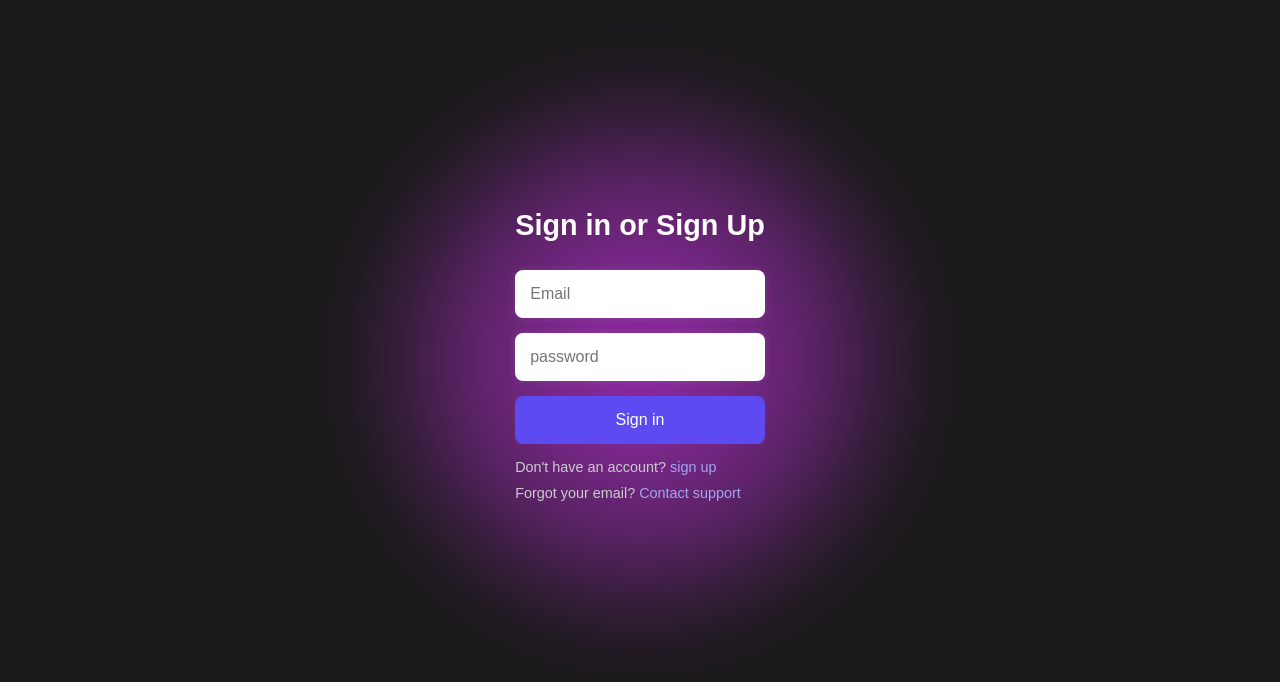
Repository: cmd-keyu/mobileppsh
Page: pages/login.html
These files come from the project's save history. The page is drawn as it stood at one moment and after the next save; the edit follows.
The browser window is 1280 px wide. The pictures show the whole page.

Above is the page before, as saved 2024-11-11 21:01:32.

### pages/login.html
<!DOCTYPE html>
<html lang="en">
<head>
  <meta charset="UTF-8">
  <meta name="viewport" content="width=device-width, initial-scale=1.0">
  <title>Sign In Form</title>
  <link rel="stylesheet" href="../css/login.css">
  <script src="../javascript/login.js" defer></script>
</head>
<body>
  <div class="container">
    <div class="glow-box">
      <h2 style="color: white;">Sign in or Sign Up</h2>
      <br>
      <!-- <p>All that is required is only your email for sign-up or sign-in!!</p> -->
      <form action="account.html">
        <div class="sign-up">
            <input type="text" placeholder="name" class="disabled-btn">
            <br>
            <br>
            <input type="text" placeholder="address (Optional)">
            <br>
            </div>
        <input type="email" placeholder="Email" required>
        <input type="password" placeholder="password" required>
        <button type="submit" class="sign-in-btn-hide">Sign in</button>
        <button type="submit" class="sign-up-btn-hide">Sign up</button>
      </form>
      <div class="support">
        <p class="sign-up-text-hide">Don't have an account? <label for="sign-up-btn" class="colorsnup">sign up</label><button class="sign-up-btn hide-btn2" id="sign-up-btn">sign up</button></p>
        <p class="sign-in-text-hide">Already have an account? <label for="sign-in-btn" class="colorsnup">sign in</label><button class="sign-in-btn hide-btn2" id="sign-in-btn">sign in</button></p>
        <p>Forgot your email? <a href="#">Contact support</a></p>
      </div>
    </div>
  </div>
</body>
</html>

### css/login.css
* {
    margin: 0;
    padding: 0;
    box-sizing: border-box;
    font-family: Arial, sans-serif;
  }

  body {
    display: flex;
    justify-content: center;
    align-items: center;
    height: 100vh;
    background-color: #1a1a1a;
  }

  .container {
    display: flex;
    justify-content: center;
    align-items: center;
    height: 100%;
  }

  .glow-box::before {
    content: '';
    position: absolute;
    top: 50%;
    left: 50%;
    width: 500px;
    height: 500px;
    background: radial-gradient(circle, rgba(213, 52, 245, 0.719), transparent);
    transform: translate(-50%, -50%);
    z-index: -1;
    border-radius: 50%;
    filter: blur(50px);
  }

  h2 {
    font-size: 1.8em;
    margin-bottom: 10px;
  }
  label:hover{

    text-decoration: underline;

  }

  p {
    margin-bottom: 10px;
    font-size: 0.9em;
    color: #ccc;
  }

  form {
    display: flex;
    flex-direction: column;
    gap: 15px;
  }

  input[type="email"] {
    padding: 15px;
    font-size: 1em;
    border: none;
    border-radius: 8px;
    outline: none;
    width: 100%;
    box-shadow: 0 0 8px rgba(255, 255, 255, 0.1);
  }
  input[type="password"] {
    padding: 15px;
    font-size: 1em;
    border: none;
    border-radius: 8px;
    outline: none;
    width: 100%;
    box-shadow: 0 0 8px rgba(255, 255, 255, 0.1);
  }

  input[type="text"] {
    padding: 15px;
    font-size: 1em;
    border: none;
    border-radius: 8px;
    outline: none;
    width: 100%;
    box-shadow: 0 0 8px rgba(255, 255, 255, 0.1);
  }

  button {
    padding: 15px;
    font-size: 1em;
    background-color: #5e4af1;
    color: #fff;
    border: none;
    border-radius: 8px;
    cursor: pointer;
    transition: background 0.3s;
  }

  button:hover {
    background-color: #4a3bdb;
  }

  .support {
    margin-top: 15px;
  }

  .support a {
    color: #a1a7f1;
    text-decoration: none;
  }

  .support a:hover {
    text-decoration: underline;
  }

  .sign-up{
    display: none;
  }

  .colorsnup{
    color: #a1a7f1;
  }

  .sign-up-btn-hide{
    display: none;
  }

  .hide-btn2{
    display: none;
  }

  .sign-in-text-hide{
    display: none;
  }

### javascript/login.js

const sign_up = document.querySelector('.sign-up')
const sign_up_btn = document.querySelector('.sign-up-btn')
const sign_in_btn = document.querySelector('.sign-in-btn')
const sign_in_btn_hide = document.querySelector('.sign-in-btn-hide')
const sign_up_btn_hide = document.querySelector('.sign-up-btn-hide')
const sign_in_text_hide = document.querySelector('.sign-in-text-hide')
const sign_up_text_hide = document.querySelector('.sign-up-text-hide')
const disabled_btn = document.querySelector('.disabled-btn')

sign_up_btn.addEventListener("click", () => {

  sign_up.style.display = 'block'
  sign_in_btn_hide.style.display = 'none'
  sign_up_btn_hide.style.display = 'block'
  sign_in_text_hide.style.display = 'block'
  sign_up_text_hide.style.display = 'none'
  disabled_btn.setAttribute('required', true)

})

sign_in_btn.addEventListener("click", () => {

  sign_up.style.display = 'none'
  sign_in_btn_hide.style.display = 'block'
  sign_up_btn_hide.style.display = 'none'
  sign_in_text_hide.style.display = 'none'
  sign_up_text_hide.style.display = 'block'
  disabled_btn.setAttribute('required', false)

})

After the next save:
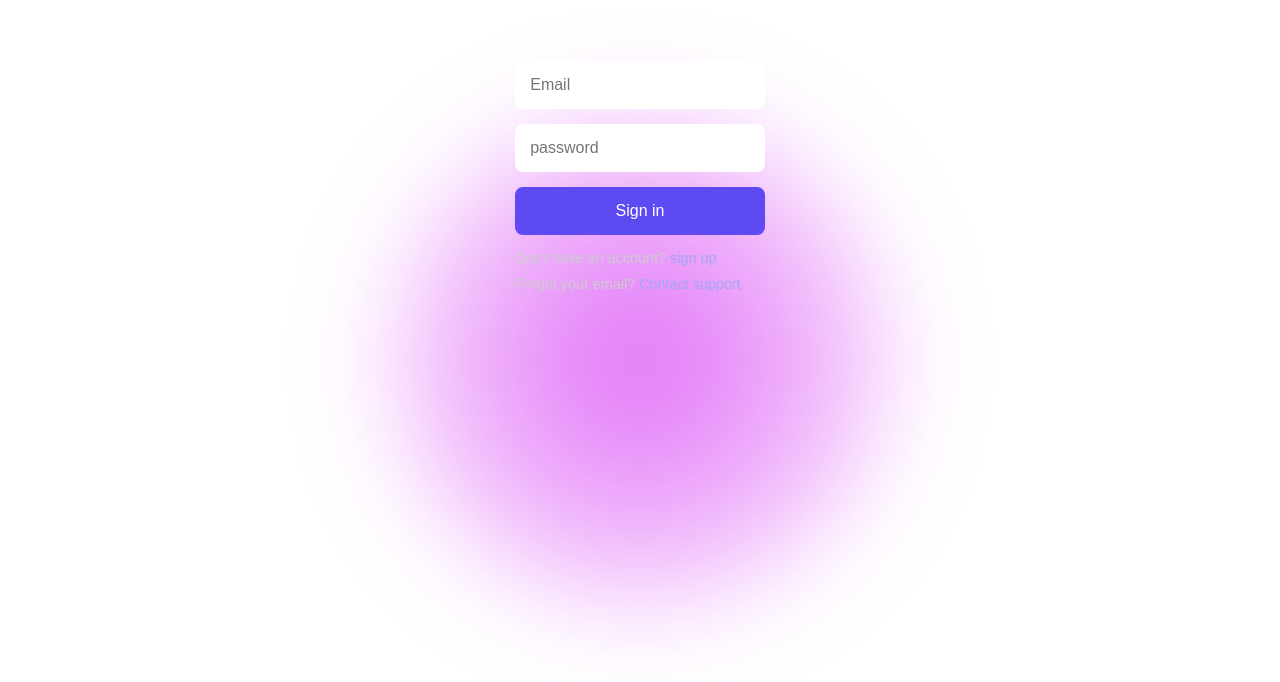
Saved 34 min 11 s later.
--- a/css/login.css
+++ b/css/login.css
@@ -6,11 +6,7 @@
   }
 
   body {
-    display: flex;
-    justify-content: center;
-    align-items: center;
-    height: 100vh;
-    background-color: #1a1a1a;
+
   }
 
   .container {

After the 4 saves that followed:
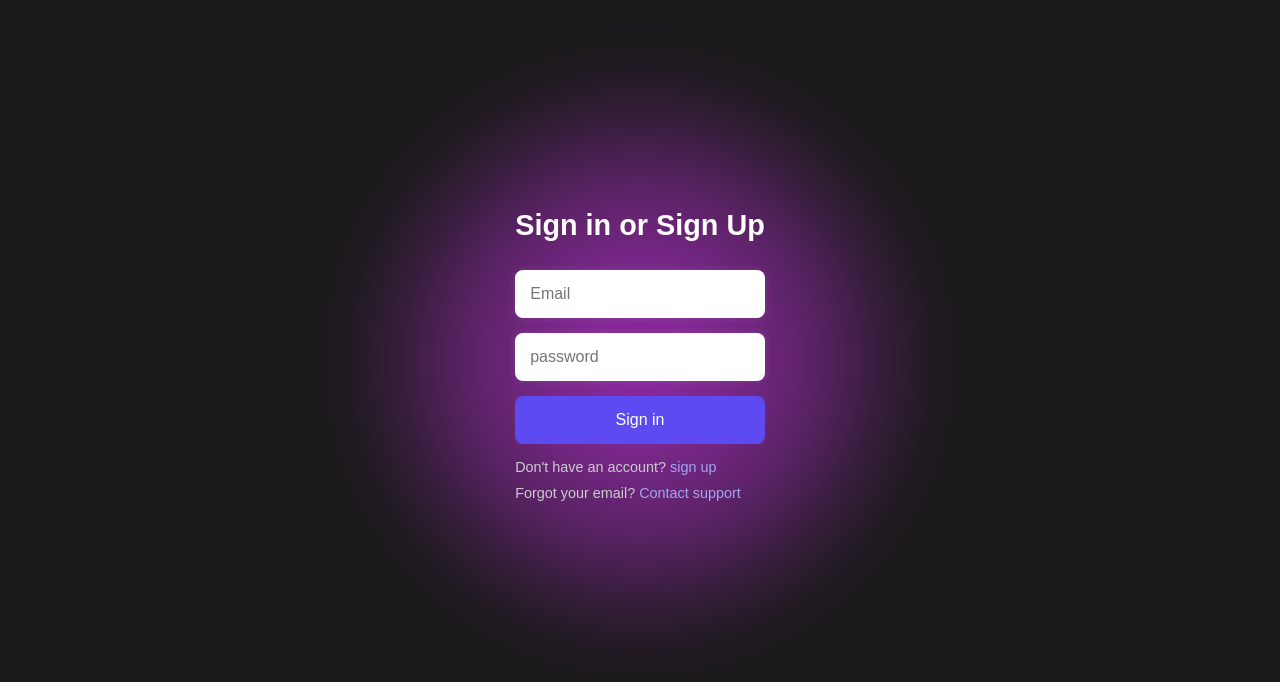
The 4 saves are shown as one change because 3 left the picture as it was.
The last was saved 3 min 47 s later.
--- a/css/login.css
+++ b/css/login.css
@@ -6,7 +6,11 @@
   }
 
   body {
-
+    display: flex;
+    justify-content: center;
+    align-items: center;
+    height: 100vh;
+    background-color: #1a1a1a;
   }
 
   .container {
